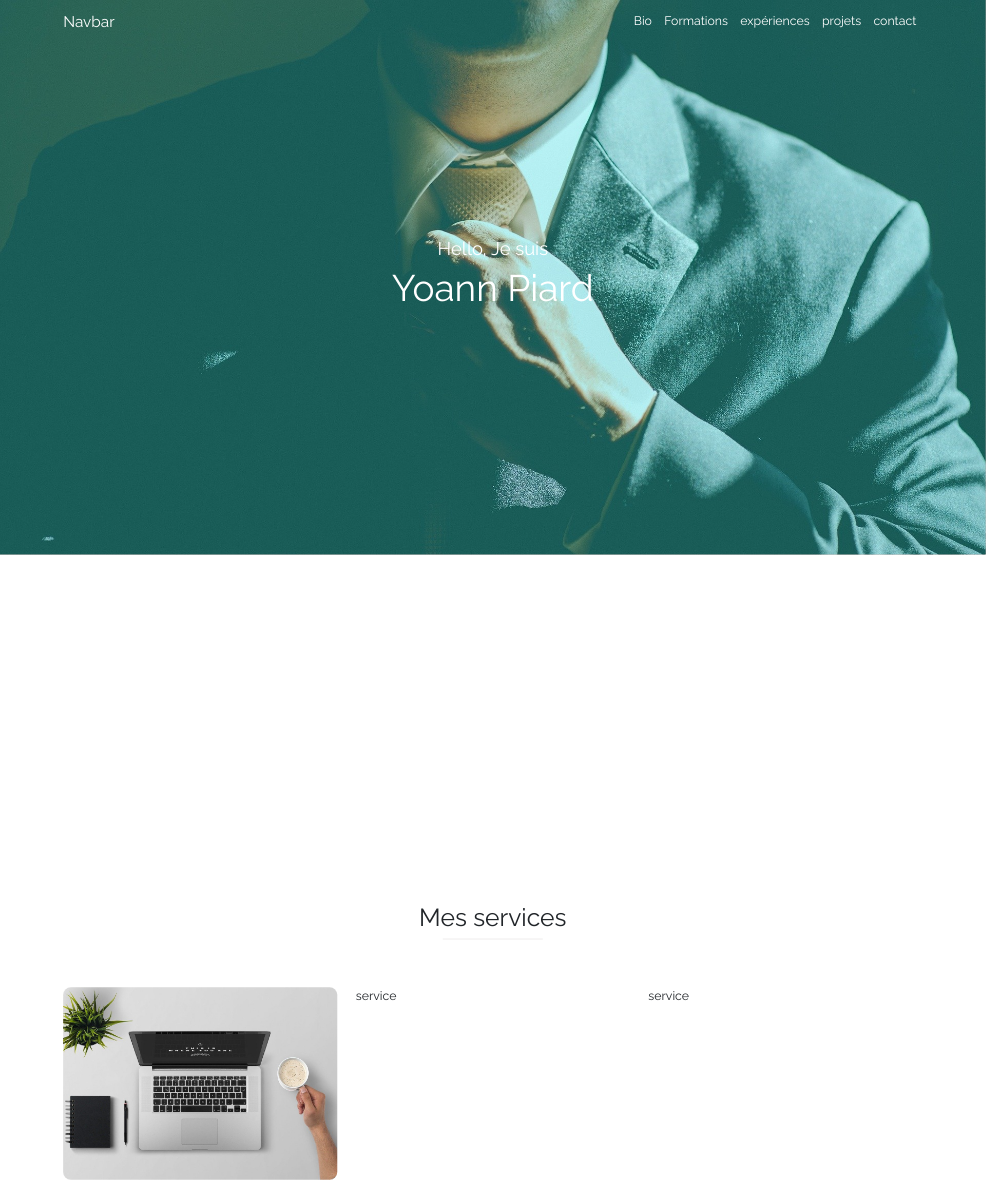
Repository: ypiard85/port-folio-bootstrap-yoann-2021
Page: index.html
An editor plug-in stored every save of this project. The page is shown before and after the next save, followed by the edit.
The browser window is 1280 px wide. The pictures show the whole page, at 77% of full size.

Above is the page before, as saved 2021-03-09 15:27:37.
Console error: TypeError: window.onload is not a function

After the next save:
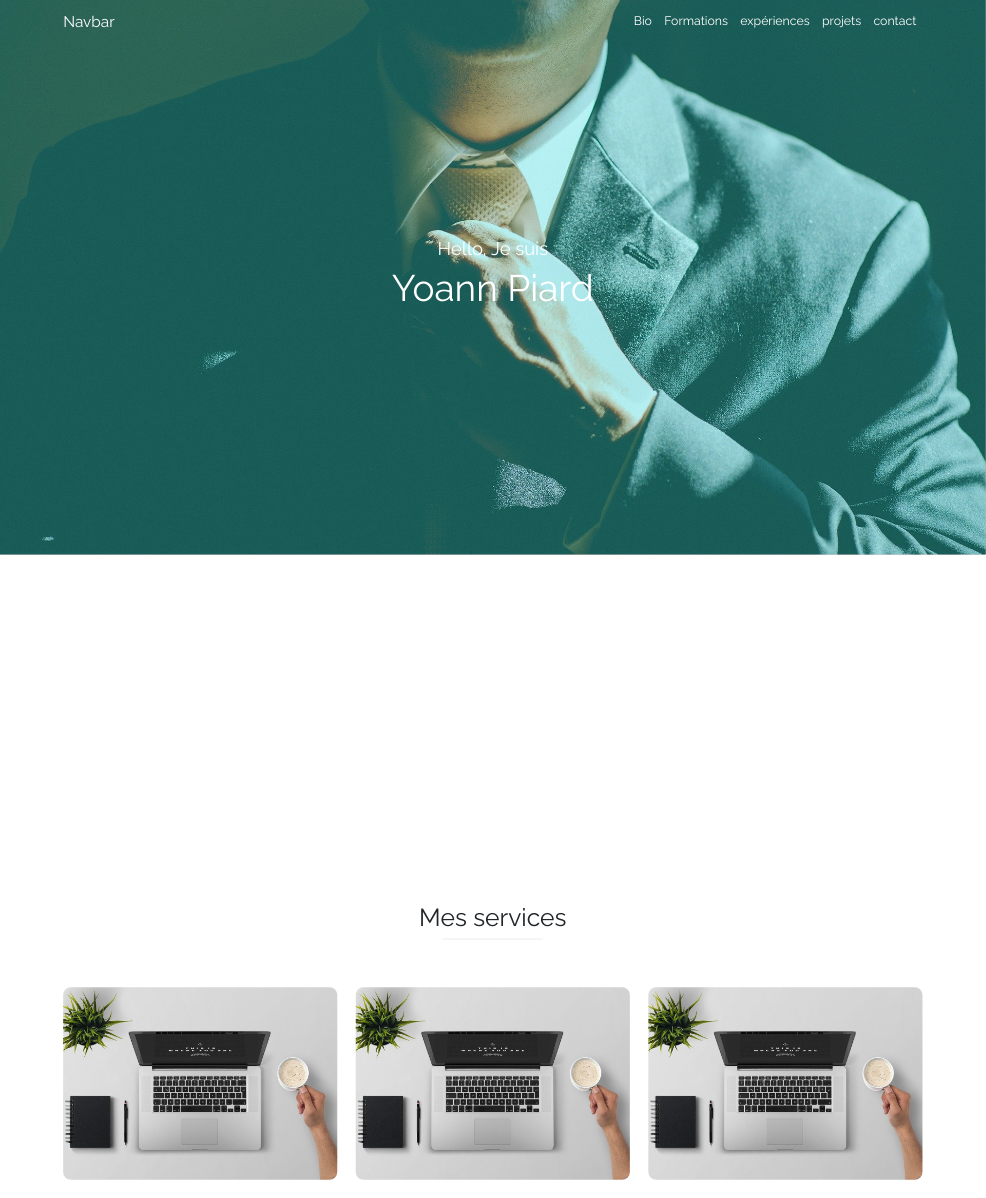
Saved 14 s later.
--- a/index.html
+++ b/index.html
@@ -96,10 +96,12 @@
                     <div class="service_card" style="background-image: url('./resource/services/laptop-1209008_1280.jpg')"></div>
                 </div>
                 <div class="col-md-4">
-                    service
+                    <div class="service_card" style="background-image: url('./resource/services/laptop-1209008_1280.jpg')"></div>
+
                 </div>
                 <div class="col-md-4">
-                    service
+                    <div class="service_card" style="background-image: url('./resource/services/laptop-1209008_1280.jpg')"></div>
+
                 </div>
             </div>
         </div>
